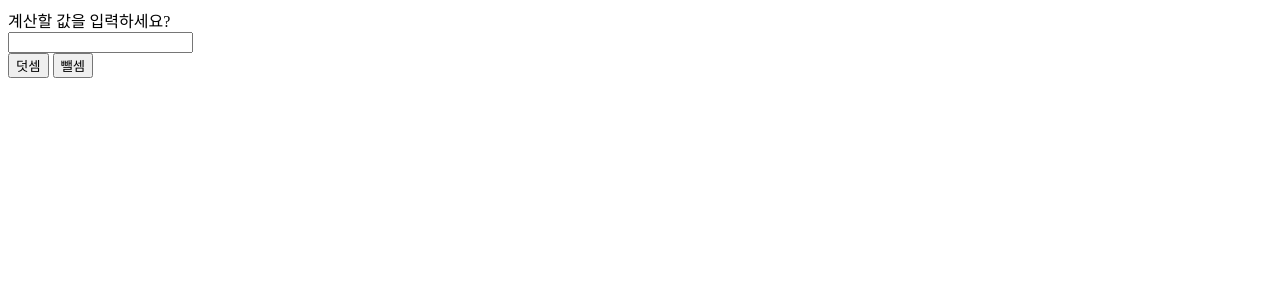
Repository: water-case/Servlet_JSP_JSPMVC
Page: workspace/JSPPrj/src/main/webapp/calc2.html
An editor plug-in stored every save of this project. The page is shown before and after the next save, followed by the edit.
The browser window is 1280 px wide. The pictures show the whole page.

Above is the page before, as saved 2021-08-25 06:09:36.

After the next save:
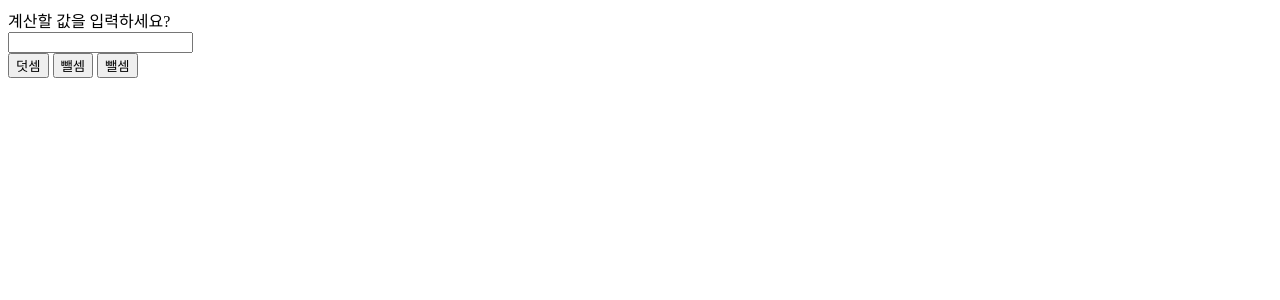
Saved 12 s later.
--- a/workspace/JSPPrj/src/main/webapp/calc2.html
+++ b/workspace/JSPPrj/src/main/webapp/calc2.html
@@ -16,6 +16,7 @@
 			<div>
 				<input type="submit" name="operator" value="덧셈" />
 				<input type="submit" name="operator" value="뺄셈" />
+				<input type="submit" name="operator" value="뺄셈" />
 			</div>
 		</form>
 	</div>
